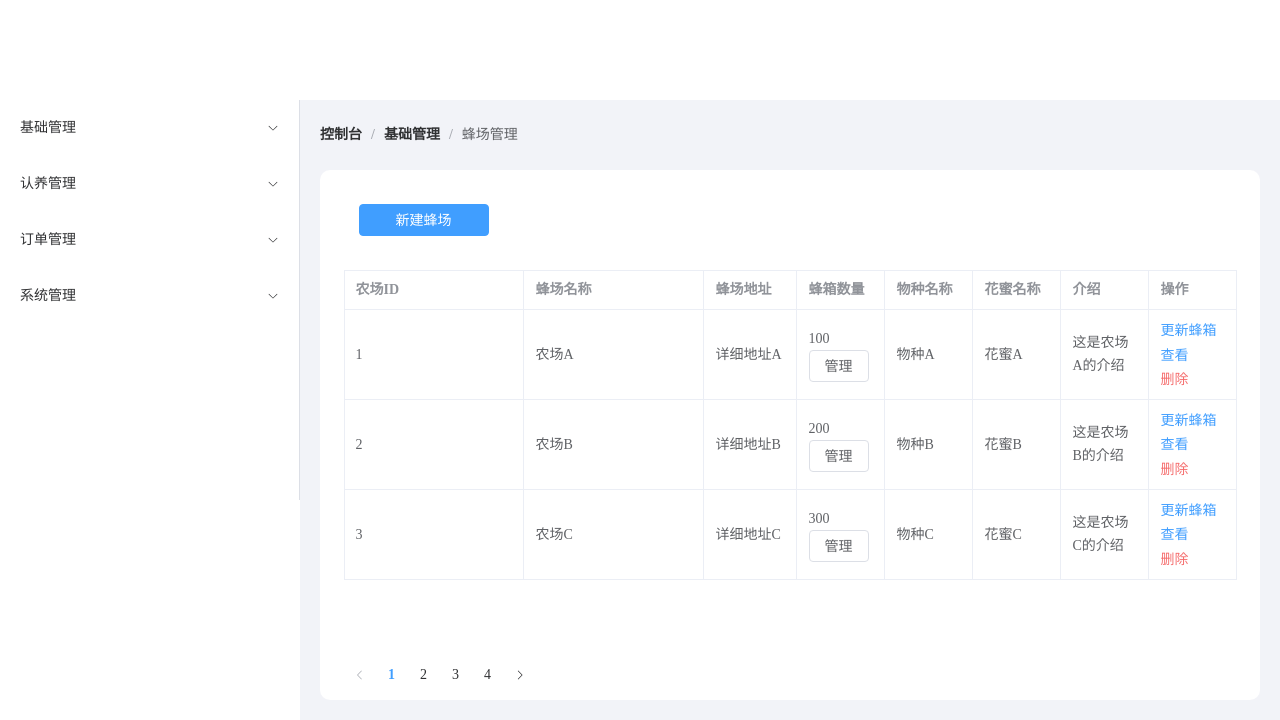
Repository: secret47/test-office-demo
Page: /dashboard/basic/farm
An editor plug-in stored every save of this project. The page is shown before and after the next save, followed by the edit.
The browser window is 1280 px wide. The pictures show the whole page.
The project was rebuilt for these pictures with package versions that can differ from the ones it lists, and the page was loaded fresh each time. Also part of the build but not shown: vite.config.js.

Above is the page before, as saved 2024-10-30 13:40:08.

### src/main.js
import { createApp } from 'vue'
import '@/style/main.scss'
import App from './App.vue'
import router from './router'

import lang from "./local"


import ElementPlus from "element-plus";
import 'element-plus/dist/index.css'
import * as ElementPlusIconsVue from '@element-plus/icons-vue'

const app = createApp(App);

for (const [key, component] of Object.entries(ElementPlusIconsVue)) {
    app.component(key, component)
}

app.use(lang)
app.use(ElementPlus)
app.use(router)
app.mount('#app')

### src/style/main.scss
* {
    padding: 0;
    margin: 0;
}

html,
body {
    width: 100%;
    height: 100%;
    background: #ffffff;
}

#app {
    width: 100%;
    height: 100%;
}

.main-container {
    width: 100%;
    height: 100%;
}

//顶部搜索
.searchBox {
    width: calc(95% - 30px);
    height: 70px;
    margin: 0 auto;
    padding: 15px;
    display: flex;
    flex-direction: column;
    justify-content: center;

    .new {
        width: 130px;
    }
    .item{
        width:350px;
    }
}

.list {
    width: 95%;
    height: calc(100% - 100px);
    margin: 0 auto;

    .tables {
        width: 100%;
        height: calc(100% - 50px);
    }

    .pages {
        width: 100%;
        height: 50px;
        display: flex;
        flex-direction: column;
        justify-content: center;

    }
}

### src/App.vue
<template>
  <!-- <div> -->
    <router-view />
  <!-- </div> -->
</template>

### src/router/index.js
import { createRouter, createWebHistory } from 'vue-router'
import layouts from "../layouts/index.vue"

const routes = [
    {
        path: '/',
        name: 'Login',
        component: () => import('@/views/login.vue'),
    },
    // 其他路由...
    {
        path: "/dashboard",
        name: "Dashboard",
        component: layouts,
        meta: {
            title: "控制中心"
        },
        children: [
            {
                path: "basic",
                name: "Basic",
                meta: {
                    title: "基础管理"
                },
                component: () => import("@/views/dashboard/basic/index.vue"),
                children: [
                    {
                        path: "farm",
                        name: "farm",
                        meta: {
                            title: "蜂场管理"
                        },
                        component: () => import("@/views/dashboard/basic/farm/index.vue"),
                    }
                ]

            },
            {
                path: "adopt",
                name: "Adopt",
                meta: {
                    title: "认养管理"
                },
                component: () => import("@/views/dashboard/adopt/index.vue"),
                children: [
                    {
                        path: "price",
                        name: "Price",
                        meta: {
                            title: "价格管理"
                        },
                        component: () => import("@/views/dashboard/adopt/price/index.vue"),
                    }
                ]
            },
            {
                path:"order",
                name: "Order",
                meta:{
                    title: "订单管理"
                },
                component: () => import("@/views/dashboard/order/index.vue"),
                children:[
                    {
                        path: "list",
                        name: "OrderList",
                        meta: {
                            title: "订单列表"
                        },
                        component: () => import("@/views/dashboard/order/list/index.vue"),
                    }
                ]
            },
            {
                path: "user",
                name: "User",
                meta: {
                    title: "用户管理"
                },
                component: () => import("@/views/dashboard/user/index.vue"),
            },

        ]
    }
]

const router = createRouter({
    history: createWebHistory(),
    routes
})

export default router

### src/local/index.js
import { createI18n } from "vue-i18n";

import message from "./language"
const i18n = createI18n({
    locale: "zh",
    fallbackLocale: "zh",
    messages: message
})

export default i18n;

### src/layouts/index.vue
<template>
    <div class="layout">
        <el-container>
            <el-aside width="300px" class="side">
                <div class="logo"></div>
                <MenuComponent />
            </el-aside>
            <el-container class="container">
                <el-header>
                    <el-icon @click="toggleCollapse" class="toggle-icon">
                        <i class="toggle-icon-class"></i>
                    </el-icon>
                </el-header>
                <el-main>
                    <div class="bread">
                        <el-breadcrumb separator="/">
                            <el-breadcrumb-item :to="{ path: '/' }">控制台</el-breadcrumb-item>
                            <el-breadcrumb-item><a href="/">基础管理</a></el-breadcrumb-item>
                            <el-breadcrumb-item>蜂场管理</el-breadcrumb-item>
                        </el-breadcrumb>
                    </div>
                    <div class="main">
                        <router-view></router-view>
                    </div>
                </el-main>
            </el-container>
        </el-container>
    </div>
</template>

<script setup>
import MenuComponent from "./components/menu.vue"
import { ref } from 'vue';
const isCollapse = ref(false);
const toggleCollapse = () => {
    isCollapse.value = !isCollapse.value;
};
</script>

<style lang="scss" scoped>
.layout {
    width: 100%;
    height: 100%;

    .el-container {
        width: 100%;
        height: 100%;
    }

    .side {
        height: 100%;

        .logo {
            width: 100%;
            height: 100px;
        }
    }

    .container {
        width: calc(100% - 300px);
        height: 100%;

        .el-header {
            width: 100%;
            height: 100px;
            background: #ffffff;
        }

        .el-main {
            background: #F2F3F8;
            padding-top: 0;
            .bread {
                width: 100%;
                height: 70px;
                display: flex;
                flex-direction: column;
                justify-content: center;
            }

            .main {
                width: 100%;
                height: calc(100% - 70px);
                background: #ffffff;
                border-radius: 10px;
            }
        }
    }
}
</style>

### src/views/dashboard/basic/index.vue
<script setup lang="ts">
import { RouterView } from 'vue-router';
</script>

<template>
    <RouterView></RouterView>
</template>

### src/views/dashboard/basic/farm/index.vue
<template>
    <div class="main-container">
        <div class="searchBox">
            <el-button type="primary" class="new" @click="openCreateDialog">新建蜂场</el-button>
        </div>
        <div class="list">
            <div class="tables">
                <el-table border :data="farmList"> <el-table-column prop="farmId" label="农场ID"
                        width="180"></el-table-column>
                    <el-table-column prop="farmName" label="蜂场名称" width="180"></el-table-column>
                    <el-table-column prop="address" label="蜂场地址"></el-table-column>
                    <el-table-column prop="hiveNums" label="蜂箱数量">
                        <template #default="scope">
                            {{scope.row.hiveNums}}
                            <el-button>管理</el-button>
                        </template>
                    </el-table-column>
                    <el-table-column prop="speciesName" label="物种名称"></el-table-column>
                    <el-table-column prop="nectarName" label="花蜜名称"></el-table-column>
                    <el-table-column prop="introduce" label="介绍"></el-table-column>
                    <el-table-column label="操作">
                        <template #default="scope">
                            <el-link type="primary">更新蜂箱</el-link>
                            &nbsp;
                            <el-link type="primary">查看</el-link>
                            &nbsp;
                            <el-link type="danger">删除</el-link>
                        </template>
                    </el-table-column>
                </el-table>
            </div>
            <div class="pages">
                <el-pagination layout="prev, pager, next" :total="40" />
            </div>
        </div>
    </div>

    <el-dialog v-model="showCreateNew" title="新建蜂场" width="30%">
        <div class="forms">
            <el-form :model="createForm" label-width="120px">
                <el-form-item label="农场ID">
                    <el-input v-model="createForm.farmId"></el-input>
                </el-form-item>
                <el-form-item label="蜂场名称">
                    <el-input v-model="createForm.farmName"></el-input>
                </el-form-item>
                <el-form-item label="省份">
                    <el-select v-model="createForm.province" placeholder="请选择省份">
                        <el-option label="省份A" value="省份A"></el-option>
                        <el-option label="省份B" value="省份B"></el-option>
                        <el-option label="省份C" value="省份C"></el-option>
                    </el-select>
                </el-form-item>
                <el-form-item label="详细地址">
                    <el-input v-model="createForm.address"></el-input>
                </el-form-item>
                <el-form-item label="物种名称">
                    <el-input v-model="createForm.speciesName"></el-input>
                </el-form-item>
                <el-form-item label="花蜜名称">
                    <el-input v-model="createForm.nectarName"></el-input>
                </el-form-item>
                <el-form-item label="介绍">
                    <el-input type="textarea" v-model="createForm.introduce"></el-input>
                </el-form-item>
            </el-form>
        </div>
        <template #footer>
            <span class="dialog-footer">
                <el-button @click="showCreateNew = false">{{ $t("cancel") }}</el-button>
                <el-button type="primary" @click="showCreateNew = false">
                    {{ $t("save") }}
                </el-button>
            </span>
        </template>
    </el-dialog>

</template>
<script setup>
import { ref, reactive } from "vue"

const farmList = reactive([
    {
        farmId: "1",
        farmName: "农场A",
        provice: "省份A",
        city: "城市A",
        district: "区域A",
        address: "详细地址A",
        introduce: "这是农场A的介绍",
        hiveNums: "100",
        speciesName: "物种A",
        nectarName: "花蜜A",
        lng: "123.456",
        lat: "78.910"
    },
    {
        farmId: "2",
        farmName: "农场B",
        provice: "省份B",
        city: "城市B",
        district: "区域B",
        address: "详细地址B",
        introduce: "这是农场B的介绍",
        hiveNums: "200",
        speciesName: "物种B",
        nectarName: "花蜜B",
        lng: "123.457",
        lat: "78.911"
    },
    {
        farmId: "3",
        farmName: "农场C",
        provice: "省份C",
        city: "城市C",
        district: "区域C",
        address: "详细地址C",
        introduce: "这是农场C的介绍",
        hiveNums: "300",
        speciesName: "物种C",
        nectarName: "花蜜C",
        lng: "123.458",
        lat: "78.912"
    }
])

const createForm = reactive({
    farmId: "",
    farmName: "",
    province: "",
    address: "",
    hiveNums: "",
    speciesName: "",
    nectarName: "",
    introduce: ""
})

const showCreateNew = ref(false)


const openCreateDialog = () => {
    showCreateNew.value = true;
}
</script>

### src/local/language/index.js
import zh from "./zh"
import en from "./en"

export default {
    ...en,
    ...zh
}

### src/layouts/components/menu.vue
<template>
    <el-menu class="menu">
        <el-sub-menu index="1" :collapse="isCollapse">
            <template #title>基础管理</template>
            <el-menu-item index="1-1">蜂场管理</el-menu-item>
            <el-menu-item index="1-2">蜂箱管理</el-menu-item>
        </el-sub-menu>
        <el-sub-menu index="2">
            <template #title>认养管理</template>
            <el-menu-item index="2-1">认养设置</el-menu-item>
        </el-sub-menu>
        <el-sub-menu index="3">
            <template #title>订单管理</template>
            <el-menu-item index="3-1">订单列表</el-menu-item>
        </el-sub-menu>
        <el-sub-menu index="4">
            <template #title>系统管理</template>
            <el-menu-item index="2-1">素材管理</el-menu-item>
        </el-sub-menu>
    </el-menu>
</template>

<script setup>
import { ref } from 'vue';
const isCollapse = ref(false);
</script>

<style lang="scss" scoped>
.menu:not(.el-menu--collapse) {
    width: 300px;
    min-height: 400px;
}
</style>

### src/local/language/zh.js
export default{
    zh:{
        title:"后台管理系统",
        login:"登录",
        username:"用户名",
        password:"密码",
        remember:"记住密码",
        forget:"忘记密码",
        save:"保存",
        confirm:"确定",
        cancel:"取消",
        delete:"删除",
        show:"查看",
        open:"打开"
    }
}

### src/local/language/en.js
export default{
    en:{
        title:"system management"
    }
}

### src/layouts/components/header.vue
<template>
    <div class="header"></div>
</template>

Loaded but not shown: index.html (common file)

After the next save:
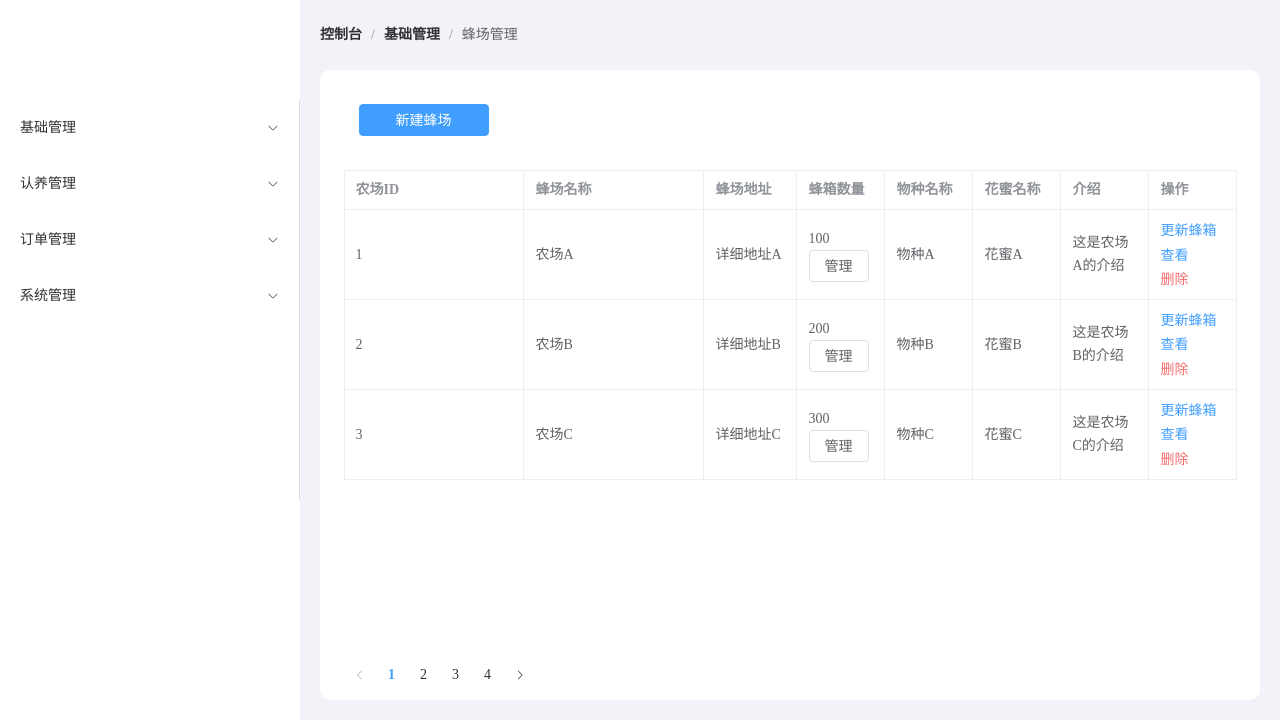
Saved 30 s later.
--- a/src/layouts/index.vue
+++ b/src/layouts/index.vue
@@ -6,11 +6,7 @@
                 <MenuComponent />
             </el-aside>
             <el-container class="container">
-                <el-header>
-                    <el-icon @click="toggleCollapse" class="toggle-icon">
-                        <i class="toggle-icon-class"></i>
-                    </el-icon>
-                </el-header>
+                <HeaderComponent></HeaderComponent>
                 <el-main>
                     <div class="bread">
                         <el-breadcrumb separator="/">
@@ -30,6 +26,7 @@
 
 <script setup>
 import MenuComponent from "./components/menu.vue"
+import HeaderComponent from "./components/header.vue"
 import { ref } from 'vue';
 const isCollapse = ref(false);
 const toggleCollapse = () => {
